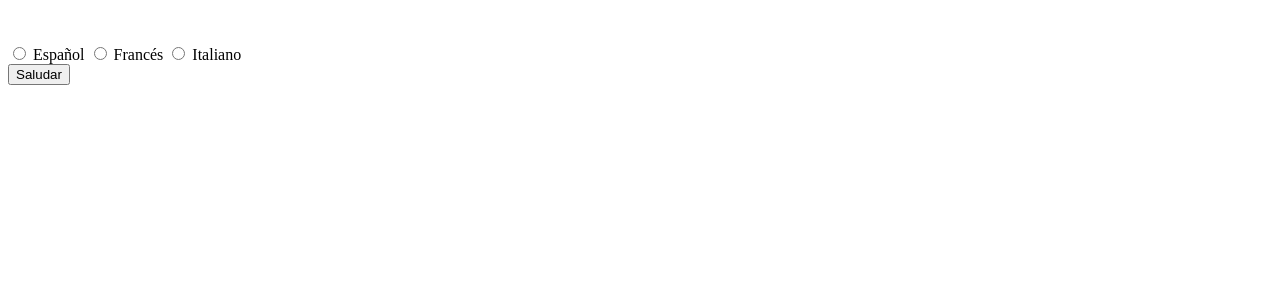
Repository: juvaga2000/eclipsetemp
Page: EjerciciosT1/src/main/webapp/ejer1.html
These files come from the project's save history. The page is drawn as it stood at one moment and after the next save; the edit follows.
The browser window is 1280 px wide. The pictures show the whole page.

Above is the page before, as saved 2022-10-03 10:36:59.

After the next save:
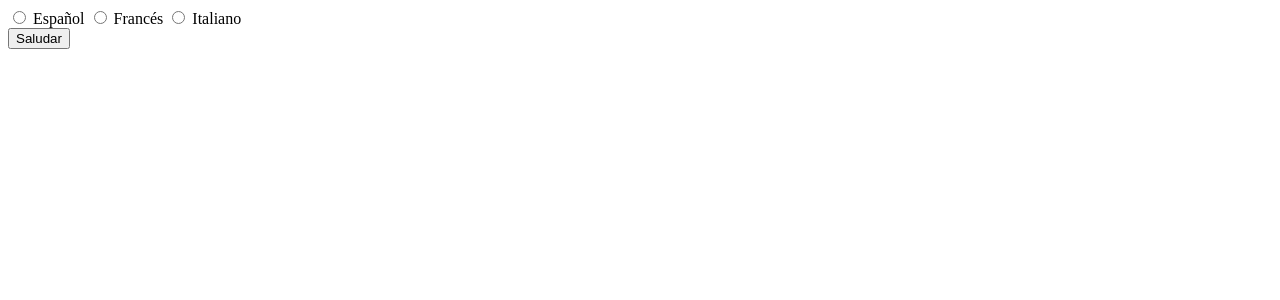
Saved 6 s later.
--- a/EjerciciosT1/src/main/webapp/ejer1.html
+++ b/EjerciciosT1/src/main/webapp/ejer1.html
@@ -4,8 +4,6 @@
 <title>Insert title here</title>
 </head>
 <body>
-<br>
-<br>
 <form action="ejer1HolaMundo" method="post">
 	<input type="radio" name="idioma" value="spain"> Español
 	<input type="radio" name="idioma" value="france"> Francés
